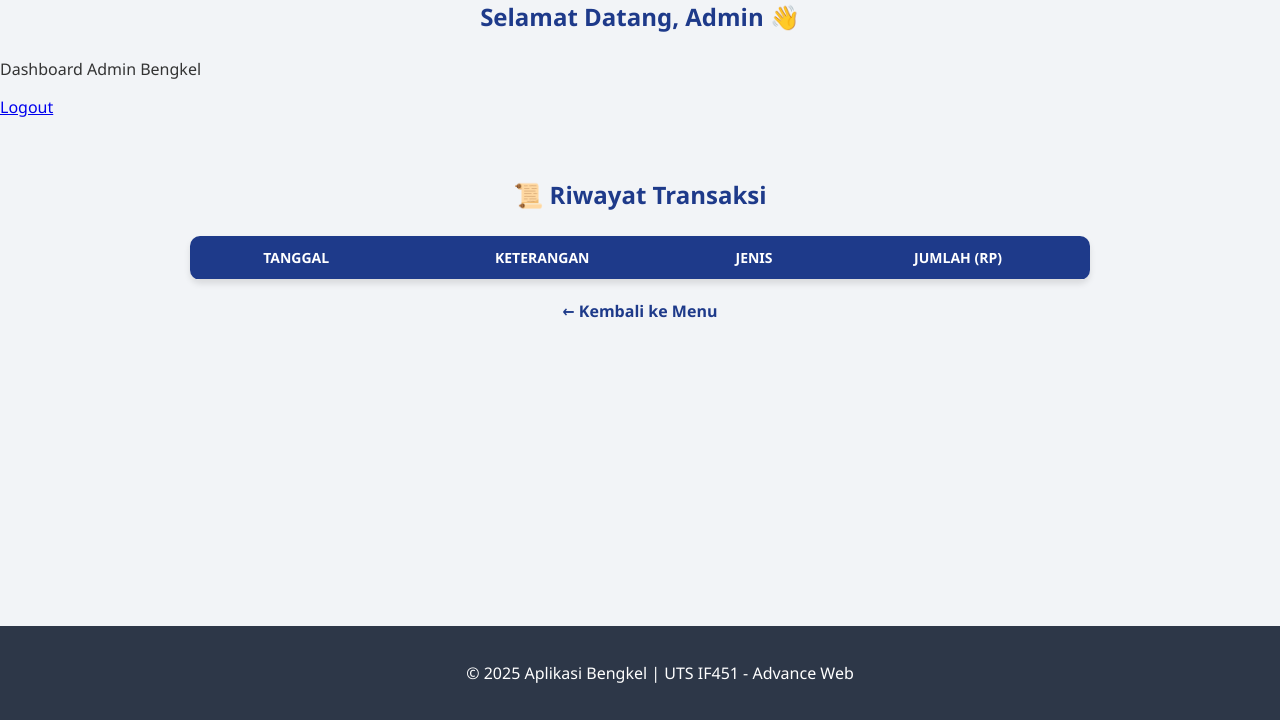
Repository: eligrahphilip/bengkel_managemen
Page: views/admin-history.ejs
An editor plug-in stored every save of this project. The page is shown before and after the next save, followed by the edit.
The browser window is 1280 px wide. The pictures show the whole page.
The page is served by the project's Node server (server.js). The template is opened directly, without the code that normally fills it, so the values that code supplies are empty.

Above is the page before, as saved 2025-10-10 21:20:50.

### views/admin-history.ejs
<%- include('partials/header') %>
<link rel="stylesheet" href="/css/admin/admin-history.css">

<main class="history-page">
  <h2>📜 Riwayat Transaksi</h2>

  <table>
    <thead>
      <tr>
        <th>Tanggal</th>
        <th>Keterangan</th>
        <th>Jenis</th>
        <th>Jumlah (Rp)</th>
      </tr>
    </thead>
    <tbody>
      <% transactions.forEach(t => { %>
        <tr>
          <td><%= t.tanggal %></td>
          <td><%= t.keterangan || '-' %></td>
          <td class="<%= t.jenis === 'income' ? 'income' : 'expense' %>">
            <%= t.jenis === "income" ? "Pemasukan" : "Pengeluaran" %>
          </td>
          <td>Rp <%= t.jumlah.toLocaleString() %></td>
        </tr>
      <% }) %>
    </tbody>
  </table>

  <div class="back-link">
    <a href="/admin/menu">← Kembali ke Menu</a>
  </div>
</main>

<%- include('partials/footer') %>

### views/partials/header.ejs
<header>
  <div class="header-text">
    <h2>Selamat Datang, <%= user?.username || 'Admin' %> 👋</h2>
    <p>Dashboard Admin Bengkel</p>
  </div>
  <a href="/logout" class="logout-btn">Logout</a>
</header>

### views/partials/footer.ejs
<footer>
  <p>© 2025 Aplikasi Bengkel | UTS IF451 - Advance Web</p>
</footer>

### server.js
const express = require("express");
const path = require("path");
const fs = require("fs");
const bodyParser = require("body-parser");
const session = require("express-session");

const app = express();
const PORT = 3000;

// Middleware
app.use(bodyParser.urlencoded({ extended: true }));
app.use(express.static("public"));
app.use(
  session({
    secret: "bengkel-secret",
    resave: false,
    saveUninitialized: true,
  })
);

// Set EJS
app.set("view engine", "ejs");
app.set("views", path.join(__dirname, "views"));

// File data
const usersPath = path.join(__dirname, "data", "users.json");
const transPath = path.join(__dirname, "data", "transactions.json");

// === ROUTES ===

// Login
app.get("/", (req, res) => {
  res.render("login", { error: null });
});

// Proses login
app.post("/login", (req, res) => {
  const { username, password } = req.body;
  const users = JSON.parse(fs.readFileSync(usersPath));
  const user = users.find(
    (u) => u.username === username && u.password === password
  );

  if (!user) return res.render("login", { error: "Username atau password salah!" });

  req.session.user = user;
  if (user.role === "admin") return res.redirect("/admin/menu");
  else return res.redirect("/user");
});

// Logout
app.get("/logout", (req, res) => {
  req.session.destroy();
  res.redirect("/");
});

// === ADMIN ===

// Menu utama admin
app.get("/admin/menu", (req, res) => {
  if (!req.session.user || req.session.user.role !== "admin")
    return res.redirect("/");
  res.render("admin-menu", { user: req.session.user });
});

// Pencatatan Pemasukan
app.get("/admin/income", (req, res) => {
  if (!req.session.user || req.session.user.role !== "admin")
    return res.redirect("/");
  res.render("admin-income", { user: req.session.user });
});

// Pencatatan Pengeluaran
app.get("/admin/expense", (req, res) => {
  if (!req.session.user || req.session.user.role !== "admin")
    return res.redirect("/");
  res.render("admin-expense", { user: req.session.user });
});

// Tambah transaksi
app.post("/admin/add", (req, res) => {
  const { tanggal, keterangan, jumlah, jenis } = req.body;
  const transactions = JSON.parse(fs.readFileSync(transPath));

  const newTrans = {
    id: Date.now(),
    tanggal,
    keterangan,
    jumlah: parseFloat(jumlah),
    jenis, // income / expense
  };

  transactions.push(newTrans);
  fs.writeFileSync(transPath, JSON.stringify(transactions, null, 2));

  res.redirect("/admin/history");
});

// Riwayat transaksi
app.get("/admin/history", (req, res) => {
  if (!req.session.user || req.session.user.role !== "admin")
    return res.redirect("/");
  const transactions = JSON.parse(fs.readFileSync(transPath));
  res.render("admin-history", { user: req.session.user, transactions });
});

// Laporan Keuangan
app.get("/report", (req, res) => {
  if (!req.session.user || req.session.user.role !== "admin")
    return res.redirect("/");

  const transactions = JSON.parse(fs.readFileSync(transPath));

  const totalIncome = transactions
    .filter((t) => t.jenis === "income")
    .reduce((sum, t) => sum + t.jumlah, 0);

  const totalExpense = transactions
    .filter((t) => t.jenis === "expense")
    .reduce((sum, t) => sum + t.jumlah, 0);

  const saldo = totalIncome - totalExpense;

  res.render("report", {
    user: req.session.user,
    transactions,
    totalIncome,
    totalExpense,
    saldo,
  });
});

// === USER ===
app.get("/user", (req, res) => {
  if (!req.session.user || req.session.user.role !== "user")
    return res.redirect("/");
  res.render("user-catalog", { user: req.session.user });
});

app.listen(PORT, () =>
  console.log(`Server running on http://localhost:${PORT}`)
);

### public/css/admin/admin-history.css
body {
  font-family: "Segoe UI", Tahoma, Geneva, Verdana, sans-serif;
  background-color: #f2f4f7;
  margin: 0;
  color: #333;
}

main {
  padding: 40px;
  max-width: 900px;
  margin: 0 auto;
}

h2 {
  text-align: center;
  margin-bottom: 25px;
  color: #1E3A8A;
}

table {
  width: 100%;
  border-collapse: collapse;
  background: white;
  box-shadow: 0 4px 6px rgba(0,0,0,0.1);
  border-radius: 10px;
  overflow: hidden;
}

th, td {
  padding: 12px;
  border-bottom: 1px solid #ddd;
  text-align: center;
}

th {
  background-color: #1E3A8A;
  color: white;
  text-transform: uppercase;
  font-size: 14px;
}

tr:hover {
  background-color: #f9fafb;
}

.income {
  color: #16a34a;
  font-weight: bold;
}

.expense {
  color: #dc2626;
  font-weight: bold;
}

.back-link {
  text-align: center;
  margin-top: 20px;
}

.back-link a {
  color: #1E3A8A;
  text-decoration: none;
  font-weight: bold;
}

.back-link a:hover {
  text-decoration: underline;
}

footer {
  text-align: center;
  padding: 20px;
  background-color: #2d3748;
  color: white;
  position: fixed;
  bottom: 0;
  width: 100%;
}

After the next save:
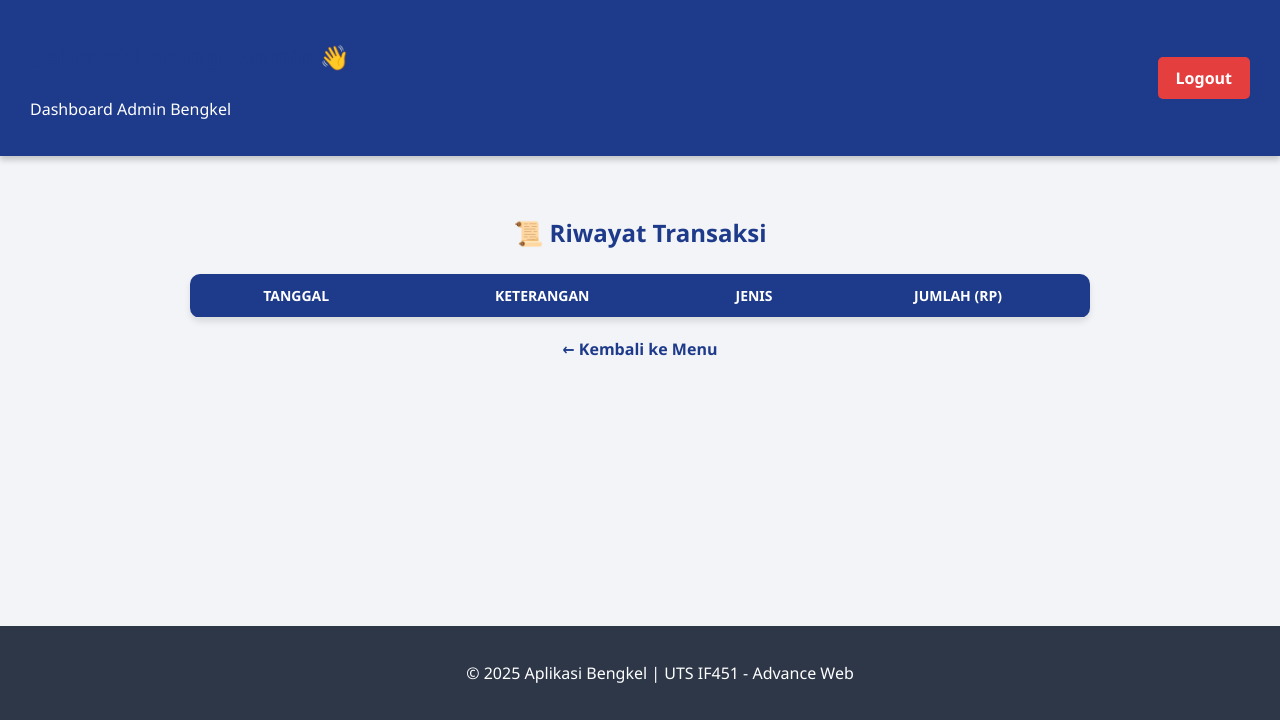
Saved 6 s later.
--- a/public/css/admin/admin-history.css
+++ b/public/css/admin/admin-history.css
@@ -2,7 +2,31 @@ body {
   font-family: "Segoe UI", Tahoma, Geneva, Verdana, sans-serif;
   background-color: #f2f4f7;
   margin: 0;
-  color: #333;
+  padding-bottom: 80px; /* biar konten gak ketutupan footer */
+}
+
+header {
+  background-color: #1E3A8A;
+  color: white;
+  padding: 20px 30px;
+  display: flex;
+  justify-content: space-between;
+  align-items: center;
+  box-shadow: 0 4px 6px rgba(0, 0, 0, 0.2);
+}
+
+.logout-btn {
+  background-color: #e53e3e;
+  color: white;
+  padding: 10px 18px;
+  border-radius: 5px;
+  text-decoration: none;
+  font-weight: bold;
+  transition: 0.3s;
+}
+
+.logout-btn:hover {
+  background-color: #c53030;
 }
 
 main {
